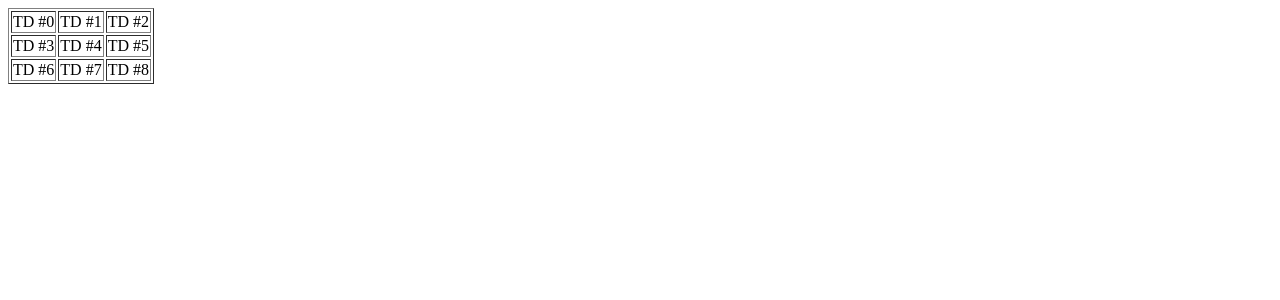
Repository: reddrinkbro/JSPStudy
Page: jQuery/WebContent/4필터선택자/18.html
These files come from the project's save history. The page is drawn as it stood at one moment and after the next save; the edit follows.
The browser window is 1280 px wide. The pictures show the whole page.

Above is the page before, as saved 2020-04-21 07:41:45.

After the next save:
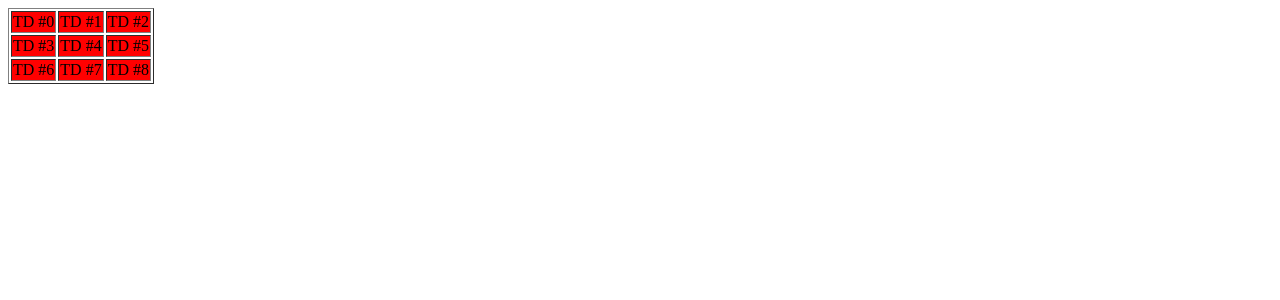
Saved 2 min 21 s later.
--- a/jQuery/WebContent/4필터선택자/18.html
+++ b/jQuery/WebContent/4필터선택자/18.html
@@ -23,7 +23,9 @@
  -->
 	<script src="https://code.jquery.com/jquery-3.3.1.js"></script>
 	<script type="text/javascript">
-
+		$(function() {
+			$("td").css("background-color","red");
+		});
 	</script>
 </head>
 <body>
@@ -31,8 +33,6 @@
 		<tr><td>TD #0</td><td>TD #1</td><td>TD #2</td></tr>
 		<tr><td>TD #3</td><td>TD #4</td><td>TD #5</td></tr>
 		<tr><td>TD #6</td><td>TD #7</td><td>TD #8</td></tr>
-
-
 	</table>
 </body>
 </html>

After the save that followed:
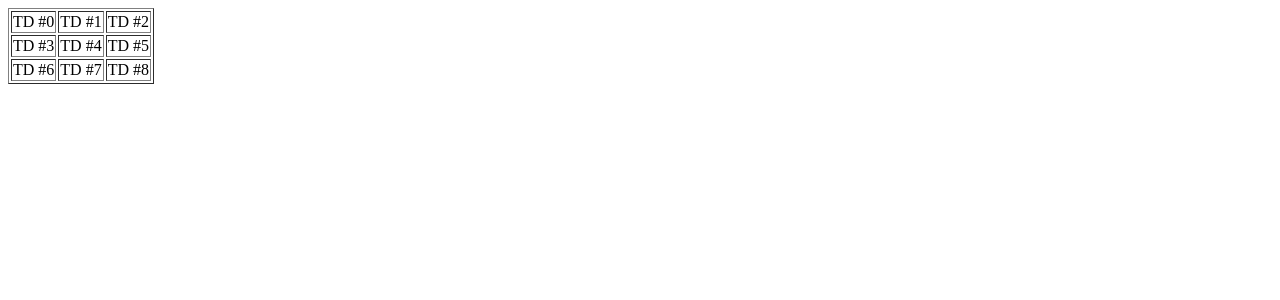
Saved 74 s later.
--- a/jQuery/WebContent/4필터선택자/18.html
+++ b/jQuery/WebContent/4필터선택자/18.html
@@ -24,7 +24,7 @@
 	<script src="https://code.jquery.com/jquery-3.3.1.js"></script>
 	<script type="text/javascript">
 		$(function() {
-			$("td").css("background-color","red");
+			$("td:eq(2)")
 		});
 	</script>
 </head>
